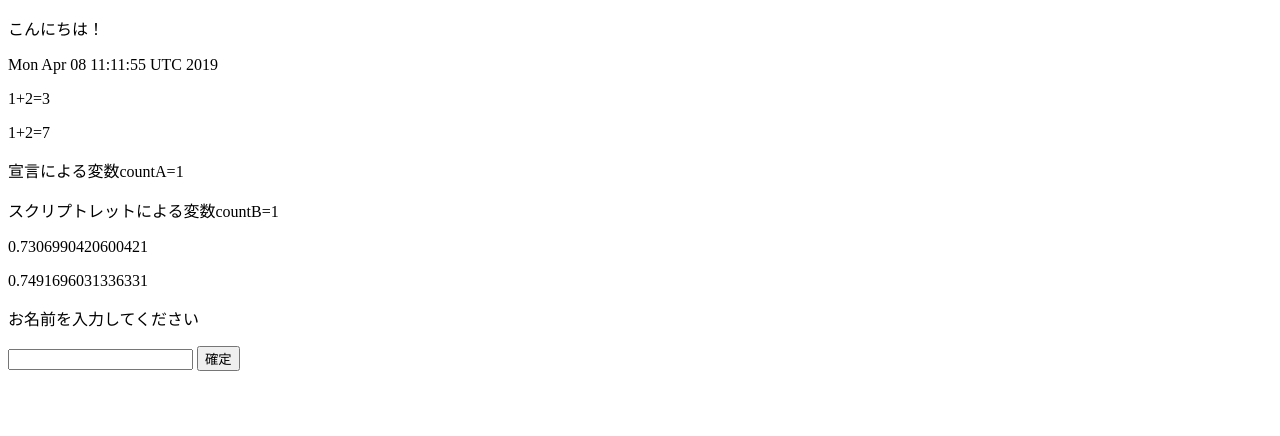
Repository: takanoko/test
Page: http://localhost/HelloJSP/
An editor plug-in stored every save of this project. The page is shown before and after the next save, followed by the edit.
The browser window is 1280 px wide. The pictures show the whole page.
The page is served by Tomcat 9.

Above is the page before, as saved 2019-04-08 11:42:03.

### HelloJSP/WebContent/index.jsp
<%@ page language="java" contentType="text/html; charset=UTF-8"
    pageEncoding="UTF-8"%>
<!DOCTYPE html>
<html>
<head>
<meta charset="UTF-8">
<title>TEST</title>
</head>
<body>

<p>こんにちは！</p>
<% out.println(new java.util.Date()); %>

<%!
static int add(int a,int b){
return a+b;}%>

<p>1+2=<%=add(1,2) %></p>
<p>1+2=<%=add(3,4) %></p>

<%! static int countA=0; %>
<%
 int countB=0;
 	countA++;
 	countB++;%>

 <p>宣言による変数countA=<%=countA %></p>
 <p>スクリプトレットによる変数countB=<%=countB %></p>

 <p><% out.println(Math.random()); %></p>
 <p><%=Math.random() %></p>

 <p>お名前を入力してください</p>
 <form method="post" action="greeting-out.jsp">
 <input type="text" name="user">
 <input type="submit" value="確定">
 </form>

</body>
</html>

After the next save:
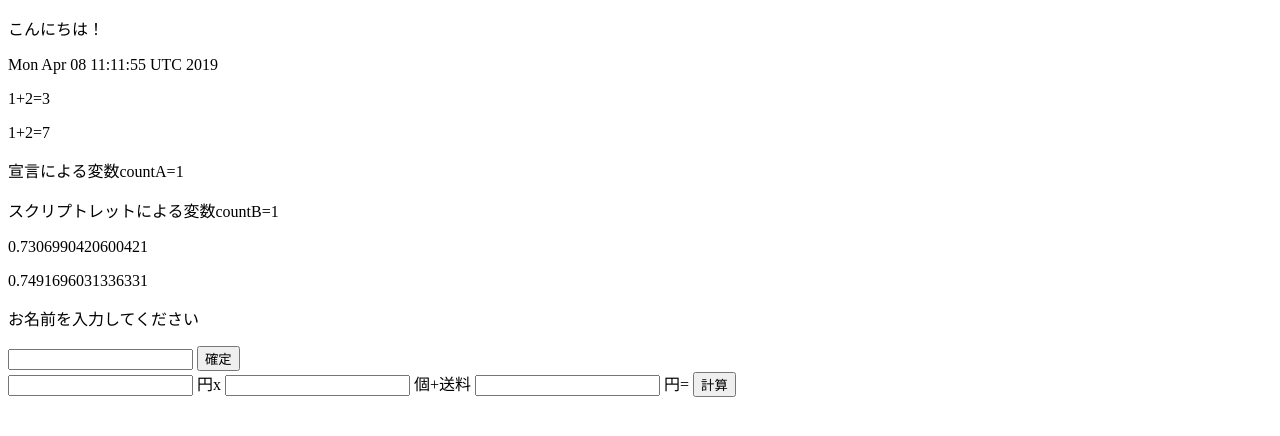
Saved 3 min 44 s later.
--- a/HelloJSP/WebContent/index.jsp
+++ b/HelloJSP/WebContent/index.jsp
@@ -36,5 +36,15 @@
  <input type="submit" value="確定">
  </form>
 
+ <form method="post" action="total-out.jsp">
+ <input type="text" name="price">
+ 円x
+ <input type="text" name="count">
+ 個+送料
+ <input type="text" name="delivery">
+ 円=
+ <input type="submit" value="計算"
+ </form>
+
 </body>
 </html>
